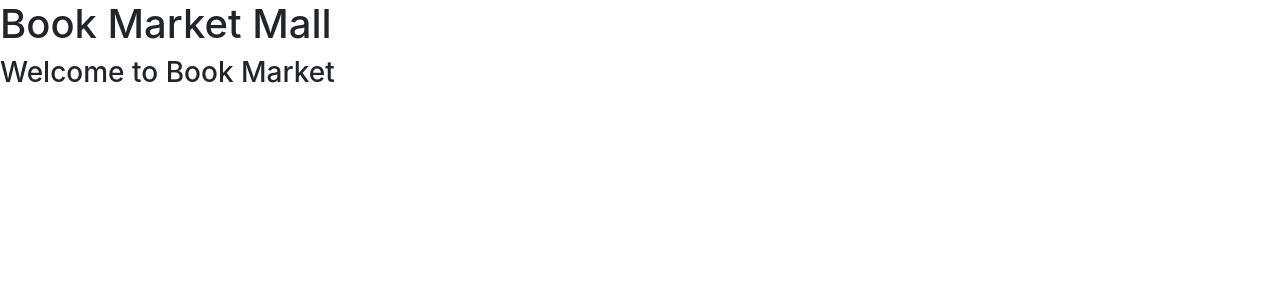
Repository: bobo1201/jspwork
Page: http://localhost/BookMarket/welcome.jsp
An editor plug-in stored every save of this project. The page is shown before and after the next save, followed by the edit.
The browser window is 1280 px wide. The pictures show the whole page.
The page is served by Tomcat 9.

Above is the page before, as saved 2023-02-27 03:27:40.

### BookMarket/src/main/webapp/welcome.jsp
<%@ page language="java" contentType="text/html; charset=UTF-8"
    pageEncoding="UTF-8"%>
<!DOCTYPE html>
<html>
<head>
<meta charset="UTF-8">
<link rel = "stylesheet"
	href = "http://maxcdn.bootstrapcdn.com/bootstrap/4.0.0/css/bootstrap.min.css">
<title>Insert title here</title>
</head>
<body>
	<%! String str1 = "Book Market Mall";
		String str2 = "Welcome to Book Market";
	%>

	<h1><%= str1 %></h1>
	<h3><%= str2 %></h3>


</body>
</html>

After the next save:
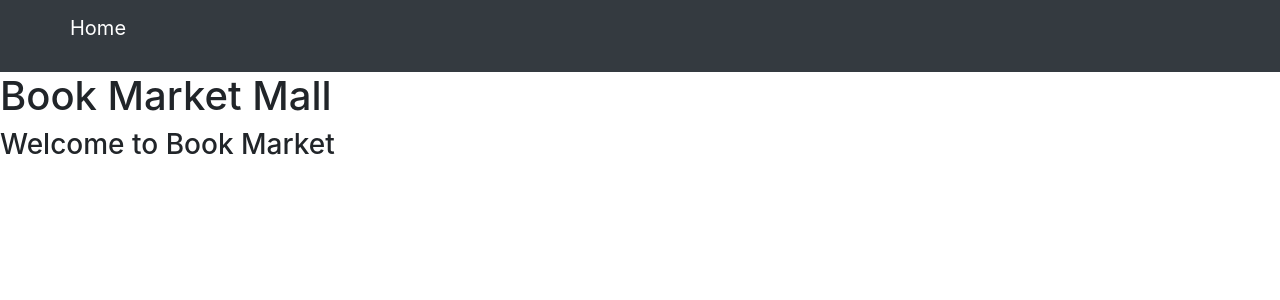
Saved 2 min 28 s later.
--- a/BookMarket/src/main/webapp/welcome.jsp
+++ b/BookMarket/src/main/webapp/welcome.jsp
@@ -9,6 +9,18 @@
 <title>Insert title here</title>
 </head>
 <body>
+	<nav class = "navbar navbar-expand navbar-dark bg-dark">
+		<div class = "container">
+			<div class = "navbar-header">
+				<a class = "navbar-brand" href="./welcom.jsp">Home</a>
+			</div>
+		</div>
+	</nav>
+	<nav class = "navbar navbar-expand navbar-dark bg-dark">
+		<div class = "container">
+
+		</div>
+	</nav>
 	<%! String str1 = "Book Market Mall";
 		String str2 = "Welcome to Book Market";
 	%>
